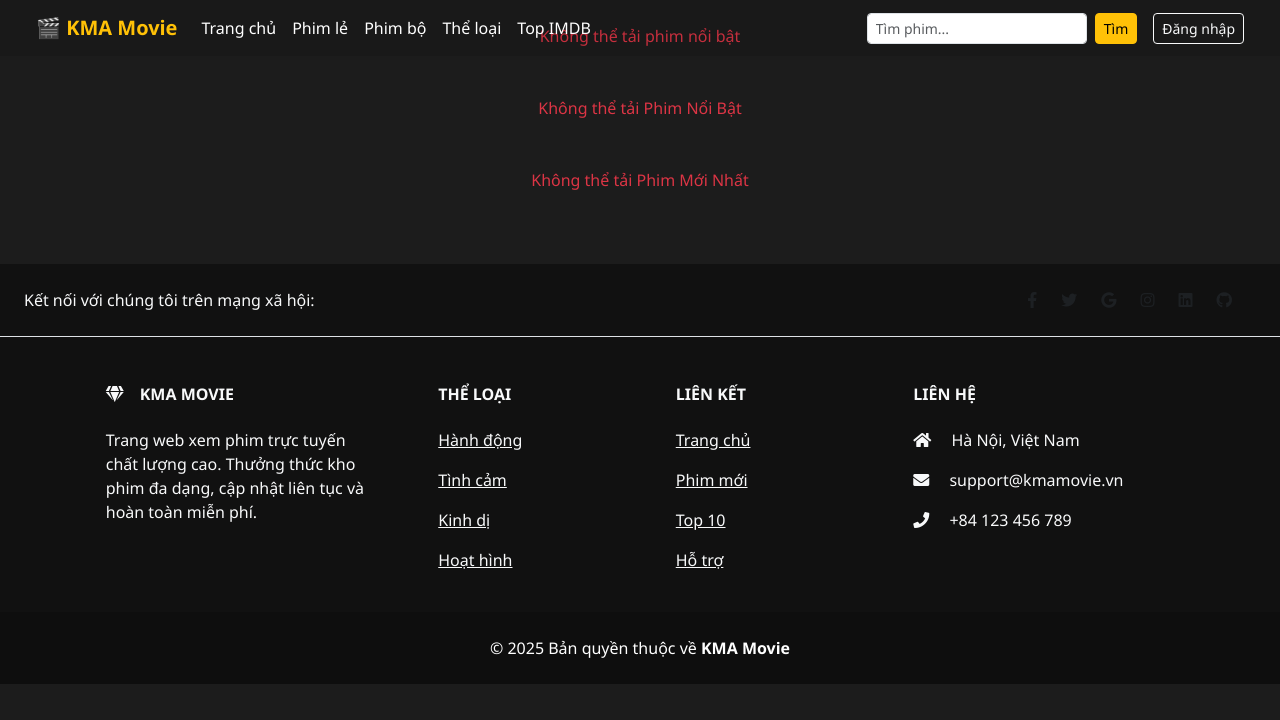
Repository: takagi2004/KMA_Nhom27_TTCS_WebXemFilm_FonEnd
Page: /
An editor plug-in stored every save of this project. The page is shown before and after the next save, followed by the edit.
The browser window is 1280 px wide. The pictures show the whole page.
The page's requests for data from a server got no answer. The project was rebuilt for these pictures with package versions that can differ from the ones it lists, and the page was loaded fresh each time. No one was signed in, and anything a server would have sent is missing. Also part of the build but not shown: src/layout/danhsachphim/Props/PhimCard.tsx.

Above is the page before, as saved 2025-08-07 01:56:27.

After the next save:
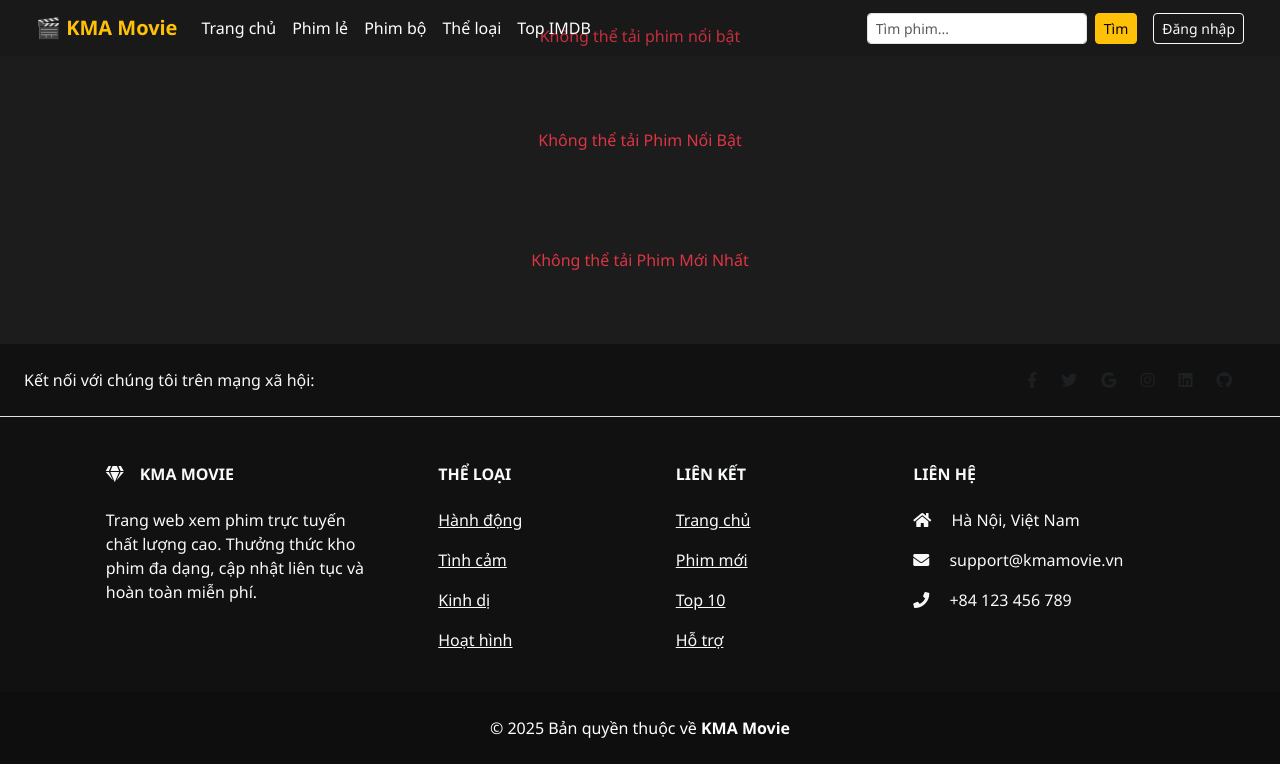
Saved 29 s later.
--- a/src/App.css
+++ b/src/App.css
@@ -6,6 +6,10 @@
   font-family: 'Segoe UI', Tahoma, Geneva, Verdana, sans-serif;
 }
 
+.header-wrapper {
+  background-color: #1c1c1c;
+}
+
 .App {
   text-align: center;
   color: white;
@@ -29,14 +33,13 @@
 }
 
 /* ==================== CAROUSEL ==================== */
-.carousel-container {
-  position: relative;
-}
-
-/* Đảm bảo ::after hoạt động đúng */
+.header-carousel {
+  margin-bottom: 2rem;
+}
+
 .carousel-item {
   position: relative;
-  overflow: hidden; /* tránh bị che bởi ảnh lớn hơn */
+  overflow: hidden;
 }
 
 .carousel-img {
@@ -52,7 +55,7 @@
   position: absolute;
   bottom: 160px;
   left: 60px;
-  z-index: 3; /* chữ trên cùng */
+  z-index: 3;
   max-width: 700px;
   color: white;
   text-shadow: 0 4px 12px rgba(0, 0, 0, 0.9);
@@ -64,7 +67,6 @@
   );
   padding: 40px 60px 40px 0;
 }
-
 .carousel-overlay-bottom-left h2 {
   font-size: 3rem;
   font-weight: 900;
@@ -74,33 +76,32 @@
   margin-bottom: 0.5rem;
 }
 
-/* ✅ Gradient mờ + transition */
+/* Gradient dưới ảnh */
 .carousel-item::after {
   content: "";
   position: absolute;
   bottom: 0;
   left: 0;
   width: 100%;
-  height: 40%; /* Mờ từ dưới lên 2/5 ảnh */
+  height: 40%;
   background: linear-gradient(
     to top,
-    #1c1c1c 0%,          /* Đậm nhất ở đáy */
+    #1c1c1c 0%,
     rgba(28,28,28,0.7) 35%,
     rgba(28,28,28,0) 100%
   );
-  z-index: 1;             /* trên ảnh, dưới overlay chữ */
+  z-index: 1;
   pointer-events: none;
   opacity: 0;
   transform: translateY(20px);
   transition: opacity 0.6s ease, transform 0.6s ease;
 }
-
 .carousel-item.active::after {
   opacity: 1;
   transform: translateY(0);
 }
 
-/* ✅ Carousel fade + zoom nhẹ khi chuyển slide */
+/* Fade + Zoom */
 .carousel-fade .carousel-item {
   transition: opacity 0.8s ease;
 }
@@ -113,25 +114,23 @@
 
 /* Mobile không cần gradient */
 @media (max-width: 576px) {
-  .carousel-item::after {
+  .carousel-item::after,
+  .carousel-overlay-bottom-left {
     display: none;
   }
 }
 
-
-
-
 /* ==================== DANH SÁCH PHIM ==================== */
+.header-main {
+  display: flex;
+  flex-direction: column;
+  gap: 3rem;
+  padding: 0 2rem;
+}
+
 .danh-sach-phim-wrapper {
-  margin-top: -120px;  /* PC trồi nhiều */
   position: relative;
   z-index: 2;
-}
-
-.danh-sach-phim-container {
-  background: transparent !important;
-  padding-top: 2rem;
-  padding-bottom: 2rem;
 }
 
 .danh-sach-phim-container h3 {
@@ -147,7 +146,7 @@
   text-align: left;
   transition: transform 0.3s ease, box-shadow 0.3s ease;
   background: transparent;
-  min-height: 250px; /* Đảm bảo không bị cắt phần mô tả */
+  min-height: 250px;
 }
 
 .phim-card-img-wrapper {
@@ -157,7 +156,6 @@
   border-radius: 8px;
   position: relative;
 }
-
 .phim-card-img-wrapper img {
   width: 100%;
   height: 100%;
@@ -165,7 +163,6 @@
   display: block;
   transition: transform 0.3s ease;
 }
-
 .phim-card:hover .phim-card-img-wrapper img {
   transform: scale(1.05);
 }
@@ -186,30 +183,26 @@
 
 .phim-card-info {
   margin-top: 8px;
-  min-height: 70px; /* Đảm bảo luôn có chỗ cho tên + mô tả */
-}
-
+  min-height: 70px;
+}
 .phim-card-info h6 {
   font-size: 1rem;
   font-weight: 700;
   margin-bottom: 3px;
-  white-space: normal;
-  overflow: hidden;
   display: -webkit-box;
   -webkit-line-clamp: 2;
   -webkit-box-orient: vertical;
+  overflow: hidden;
   line-height: 1.2;
 }
-
 .phim-card-info p {
   font-size: 0.75rem;
   margin: 0;
   color: #aaa;
-  white-space: normal;
-  overflow: hidden;
   display: -webkit-box;
   -webkit-line-clamp: 3;
   -webkit-box-orient: vertical;
+  overflow: hidden;
   line-height: 1.2;
 }
 
@@ -219,18 +212,8 @@
   z-index: 10;
   box-shadow: 0 4px 12px rgba(0,0,0,0.6);
 }
-/* Giảm gap mặc định */
-main.container-fluid {
-  gap: 2rem !important; /* 32px giữa các block */
-}
-
-/* Giảm khoảng cách banner để không bị rời */
-main.container-fluid img {
-  margin: 1rem 0; /* 16px */
-}
 
 /* ==================== RESPONSIVE ==================== */
-
 /* Tablet */
 @media (max-width: 992px) {
   .carousel-img {
@@ -245,9 +228,6 @@
   .carousel-overlay-bottom-left h2 {
     font-size: 2rem;
   }
-  .danh-sach-phim-wrapper {
-    margin-top: -40px; /* Tablet trồi ít hơn */
-  }
 }
 
 /* Mobile */
@@ -256,17 +236,11 @@
     height: 40vh;
   }
 
-  /* Ẩn overlay desktop */
-  .carousel-overlay-bottom-left {
-    display: none;
-  }
-
-  /* Ẩn gradient */
-  .carousel-item::after {
-    display: none;
-  }
-
-  /* Card phim nhỏ hơn */
+  .header-main {
+    padding: 0 12px;
+    gap: 2rem;
+  }
+
   .phim-card-img-wrapper {
     aspect-ratio: 2 / 3;
   }
@@ -276,58 +250,4 @@
   .phim-card-info p {
     font-size: 0.65rem;
   }
-
-  /* Mobile: không trồi lên để tránh che chữ */
-  .danh-sach-phim-wrapper {
-    margin-top: 0;
-  }
-}
-/* ==================== BANNER GIỮA ==================== */
-/* Banner giữa */
-/* Banner giữa */
-.banner-mid {
-  width: 80%;
-  max-height: 260px;
-  object-fit: cover;
-  border-radius: 16px;
-  transition: transform 0.3s ease;
-}
-.banner-mid:hover {
-  transform: scale(1.02);
-}
-
-/* Desktop spacing */
-@media (min-width: 992px) {
-  main.container-fluid {
-    padding-left: 60px;
-    padding-right: 60px;
-    gap: 40px;
-  }
-  .banner-mid {
-    margin-top: 30px;
-    margin-bottom: 30px;
-  }
-}
-
-/* Mobile spacing */
-@media (max-width: 576px) {
-  main.container-fluid {
-    padding-left: 12px;
-    padding-right: 12px;
-    gap: 24px;
-  }
-  .banner-mid {
-    width: 90%;
-    margin: 20px auto;
-    max-height: 140px;
-  }
-}
-
-
-
-.banner-mid img {
-  border-radius: 16px;
-  box-shadow: 0 6px 18px rgba(0, 0, 0, 0.4);
-  max-height: 180px;       /* giảm chiều cao cho gọn */
-  object-fit: cover;
-}
+}
